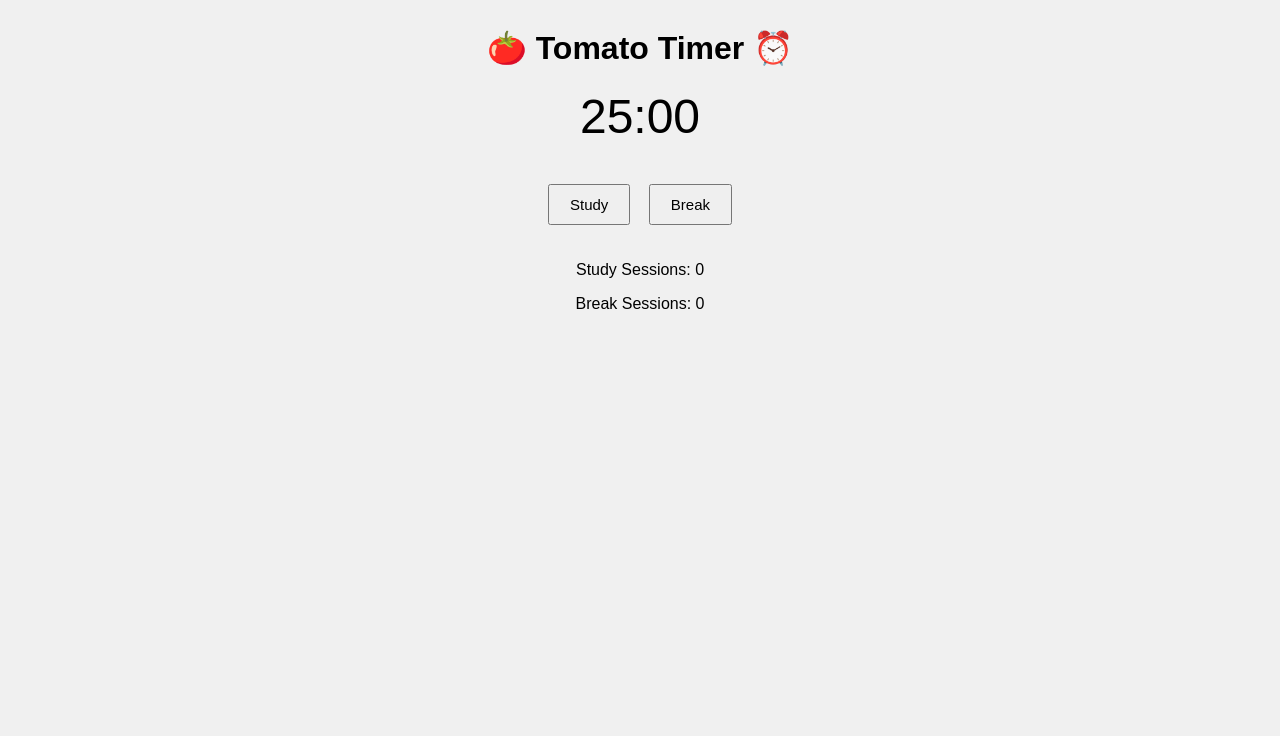
Repository: valentinaarojas/tomato-timer
Page: index.html
An editor plug-in stored every save of this project. The page is shown before and after the next save, followed by the edit.
The browser window is 1280 px wide. The pictures show the whole page.

Above is the page before, as saved 2025-02-06 20:11:47.

### index.html
<!DOCTYPE html>
<html lang="en">
<head>
    <title>Tomato Timer</title>
    <link rel="stylesheet" href="styles.css">
</head>
<body>
    <div id="container">
        <h1>🍅 Tomato Timer ⏰</h1>
        <div id="timer-display">
            <span id="time-left">25:00</span>
        </div>
        <div id="buttons">
            <button id="study-btn">Study</button>
            <button id="break-btn">Break</button>
        </div>
        <div id="session-count">
            <p>Study Sessions: <span id="study-count">0</span></p>
            <p>Break Sessions: <span id="break-count">0</span></p>
        </div>
    </div>
</body>
</html>

### styles.css
body {
    font-family: Arial, sans-serif;
    background-color: #f0f0f0;
    display: flex;
    justify-content: center;
    text-align: center;
    height: 100vh;
}

.container {
    text-align: center;
}

#timer-display {
    margin: 20px 0;
    font-size: 48px;
}

#buttons button {
    font-size: 15px;
    margin: 20px 7px;
    padding: 10px 20px;
}

After the next save:
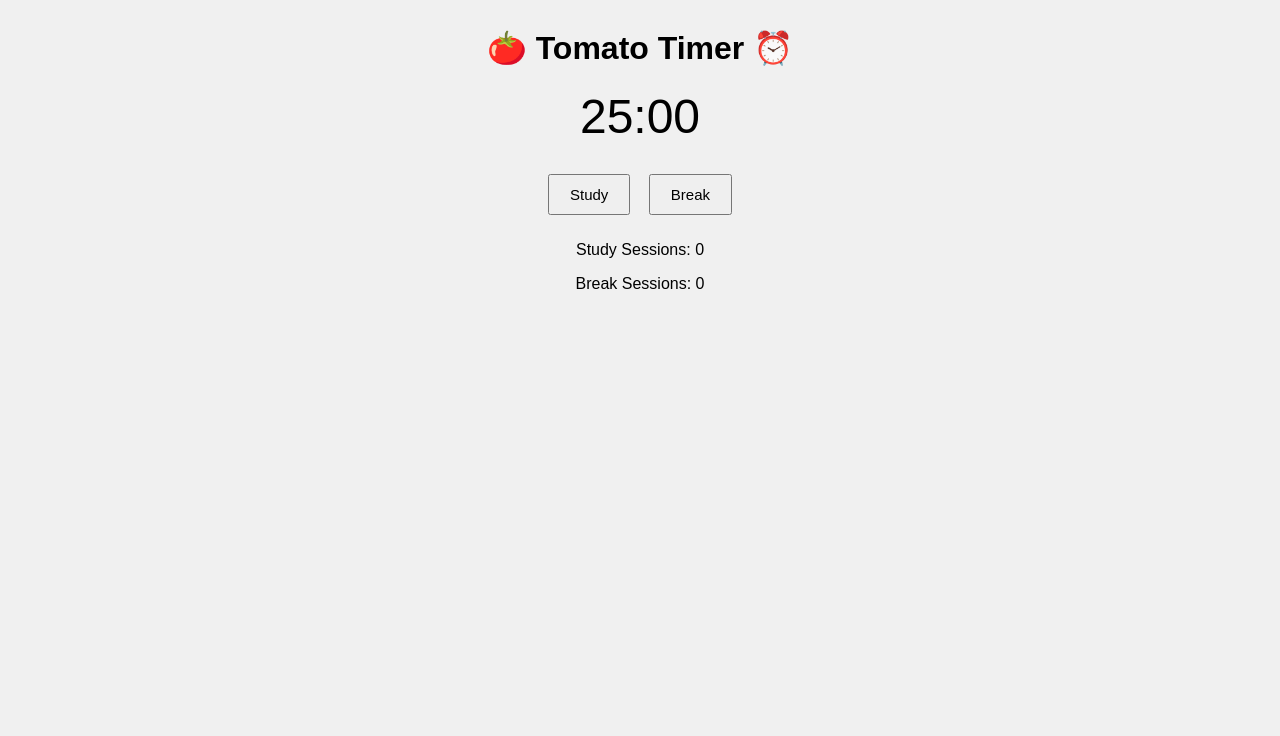
Saved 14 s later.
--- a/styles.css
+++ b/styles.css
@@ -18,6 +18,6 @@
 
 #buttons button {
     font-size: 15px;
-    margin: 20px 7px;
+    margin: 10px 7px;
     padding: 10px 20px;
 }

After the save that followed:
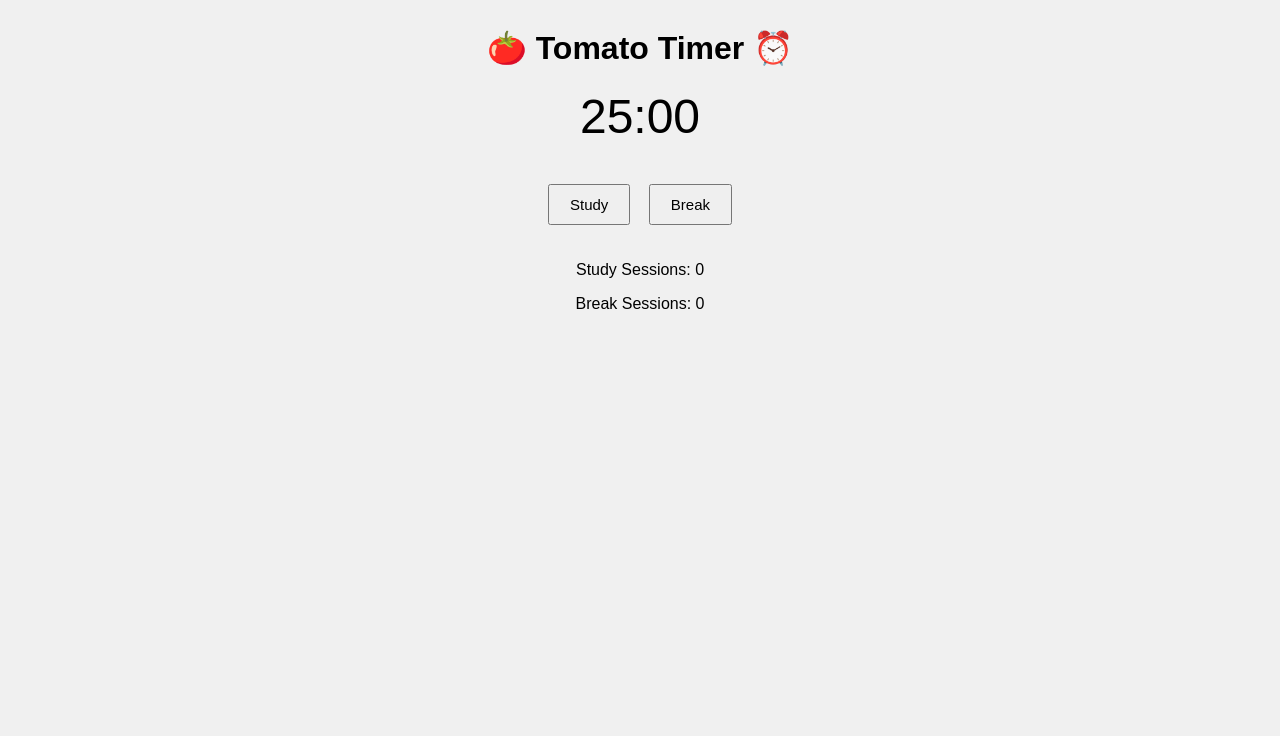
Saved 6 s later.
--- a/styles.css
+++ b/styles.css
@@ -18,6 +18,6 @@
 
 #buttons button {
     font-size: 15px;
-    margin: 10px 7px;
+    margin: 20px 7px;
     padding: 10px 20px;
 }
